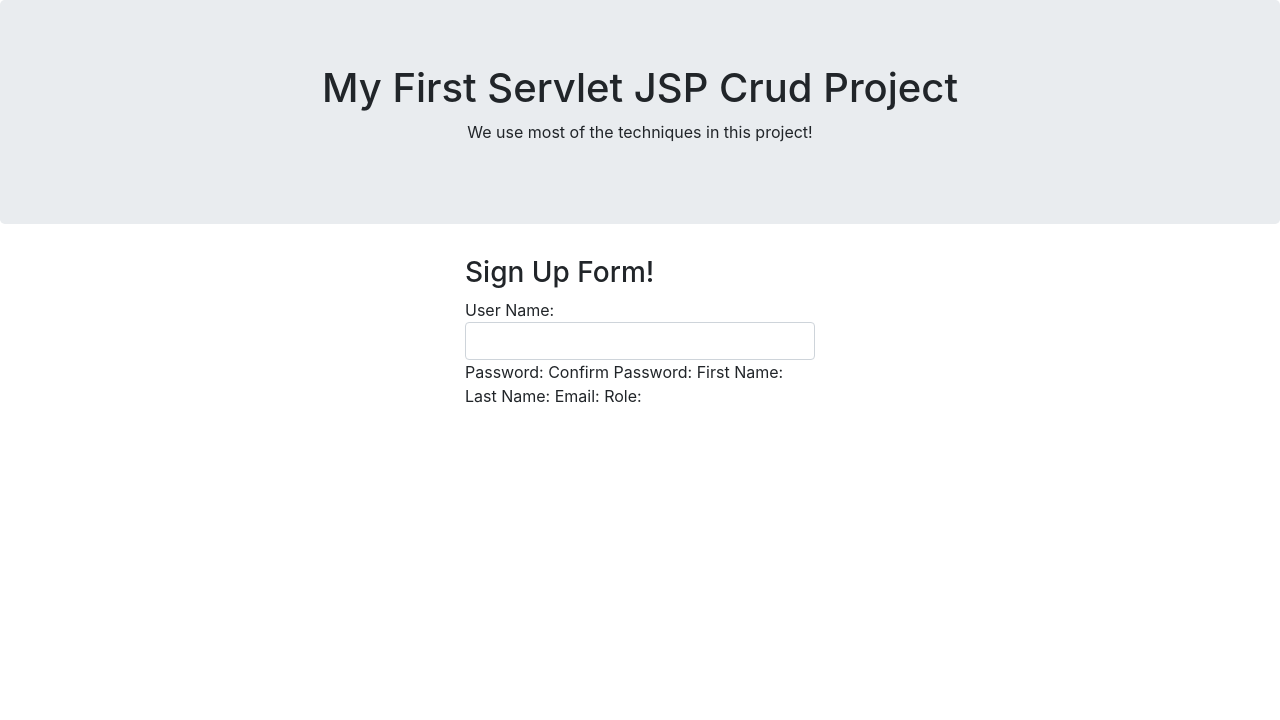
Repository: jagasia/sep-07
Page: http://localhost/sep-07-04/signup.jsp
An editor plug-in stored every save of this project. The page is shown before and after the next save, followed by the edit.
The browser window is 1280 px wide. The pictures show the whole page.
The page is served by Tomcat 9. Other server files are loaded and not shown.

Above is the page before, as saved 2022-09-07 09:49:21.

### sep-07-04/WebContent/signup.jsp
<%@ page language="java" contentType="text/html; charset=ISO-8859-1"
    pageEncoding="ISO-8859-1"%>
<!DOCTYPE html>
<html>
<head>
<meta charset="ISO-8859-1">
<title>Insert title here</title>
  <link rel="stylesheet" href="https://cdn.jsdelivr.net/npm/bootstrap@4.6.1/dist/css/bootstrap.min.css">
  <script src="https://cdn.jsdelivr.net/npm/jquery@3.6.0/dist/jquery.slim.min.js"></script>
  <script src="https://cdn.jsdelivr.net/npm/popper.js@1.16.1/dist/umd/popper.min.js"></script>
  <script src="https://cdn.jsdelivr.net/npm/bootstrap@4.6.1/dist/js/bootstrap.bundle.min.js"></script>
</head>
<body>
<div class="jumbotron text-center">
  <h1>My First Servlet JSP Crud Project</h1>
  <p>We use most of the techniques in this project!</p>
</div>

<div class="container">
  <div class="row">
    <div class="col-sm-4">
      <h3></h3>

    </div>
    <div class="col-sm-4">
      <h3>Sign Up Form!</h3>
      <form>
      	User Name: <input type="text" name="userName" class="form-control" />
      	Password:
      	Confirm Password:
      	First Name:
      	Last Name:
      	Email:
      	Role:
      </form>
    </div>
    <div class="col-sm-4">
      <h3></h3>

    </div>
  </div>
</div>
</body>
</html>

After the next save:
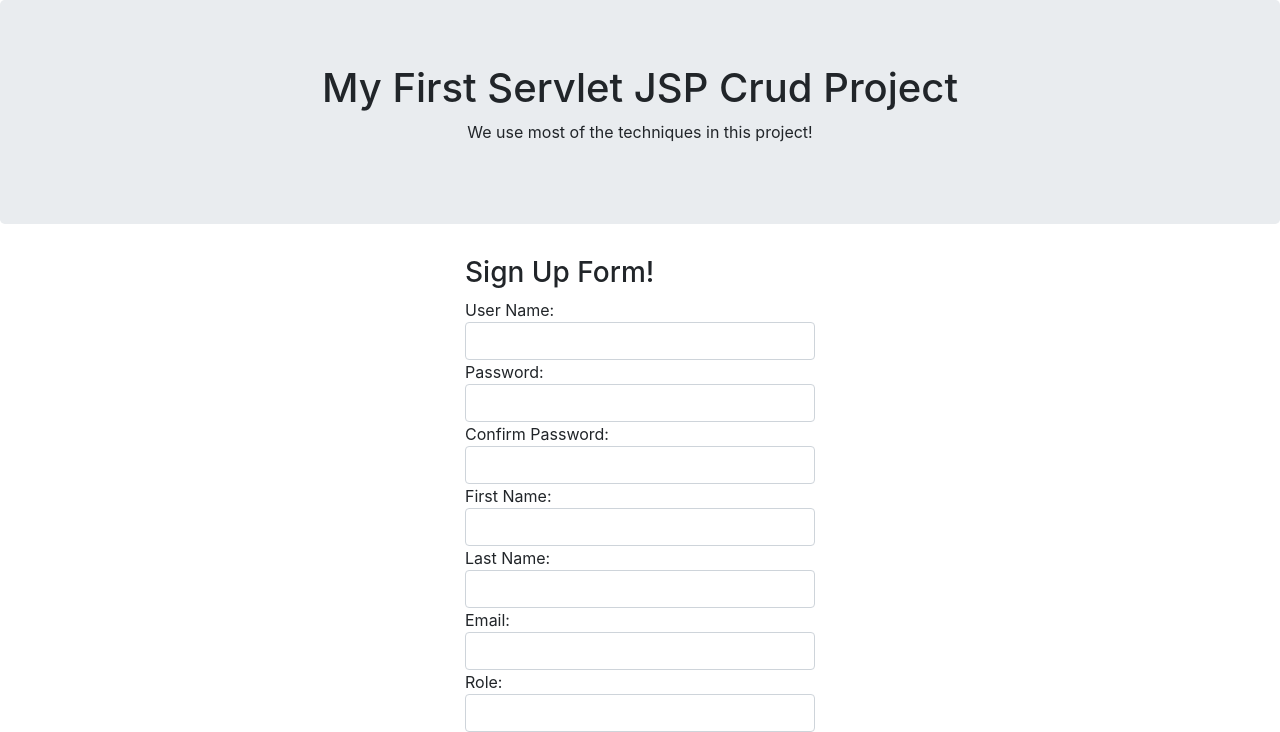
Saved 44 s later.
--- a/sep-07-04/WebContent/signup.jsp
+++ b/sep-07-04/WebContent/signup.jsp
@@ -26,12 +26,12 @@
       <h3>Sign Up Form!</h3>
       <form>
       	User Name: <input type="text" name="userName" class="form-control" />
-      	Password:
-      	Confirm Password:
-      	First Name:
-      	Last Name:
-      	Email:
-      	Role:
+      	Password: <input type="password" name="password" class="form-control" />
+      	Confirm Password: <input type="password" name="cPassword" class="form-control" />
+      	First Name: <input type="text" name="firstName" class="form-control" />
+      	Last Name: <input type="text" name="lastName" class="form-control" />
+      	Email: <input type="email" name="email" class="form-control" />
+      	Role: <input type="text" name="role" class="form-control" />
       </form>
     </div>
     <div class="col-sm-4">
